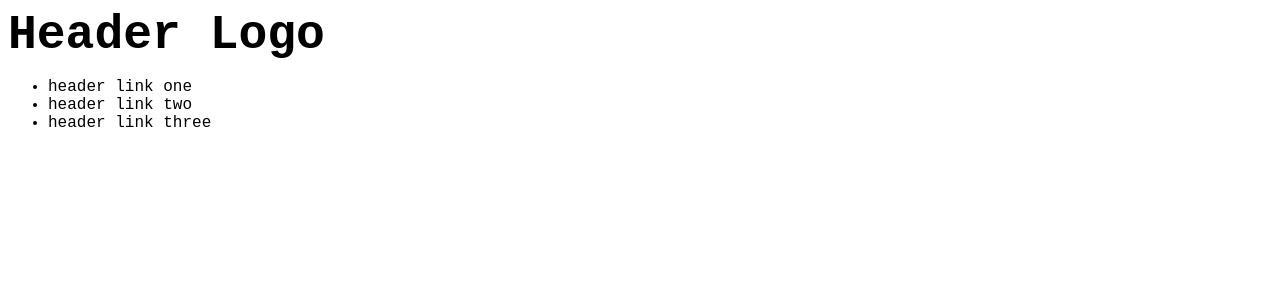
Repository: z1youRA/FirstWebsite
Page: index.html
These files come from the project's save history. The page is drawn as it stood at one moment and after the next save; the edit follows.
The browser window is 1280 px wide. The pictures show the whole page.

Above is the page before, as saved 2021-11-25 16:40:46.

### index.html
<!DOCTYPE html>
<html lang="en">
<head>
    <meta charset="UTF-8">
    <meta http-equiv="X-UA-Compatible" content="IE=edge">
    <meta name="viewport" content="width=device-width, initial-scale=1.0">
    <title>The Odin Project</title>
    <link rel="stylesheet" href="styles.css">
</head>
<body>
    <div class="header">
        <div class="logo">Header Logo</div>
        <div class="right-links">
            <ul>
                <li>header link one</li>
                <li>header link two</li>
                <li>header link three</li>
            </ul>
        </div>
    </div>

</body>
</html>

### styles.css
* {
    font-family:'Courier New', Courier, monospace;
}

.header .logo {
    font-size: 48px;
    font-weight:bolder;
}

After the next save:
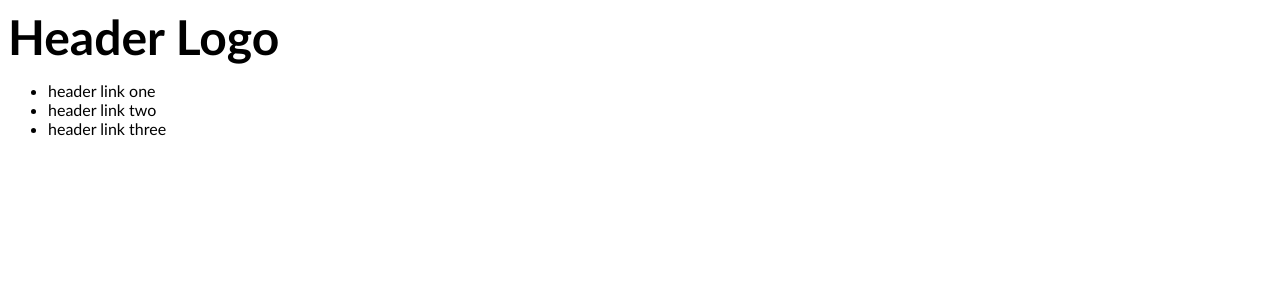
Saved 5 s later.
--- a/styles.css
+++ b/styles.css
@@ -1,5 +1,5 @@
 * {
-    font-family:'Courier New', Courier, monospace;
+    font-family:'Gill Sans', 'Gill Sans MT', Calibri, 'Trebuchet MS', sans-serif;
 }
 
 .header .logo {
